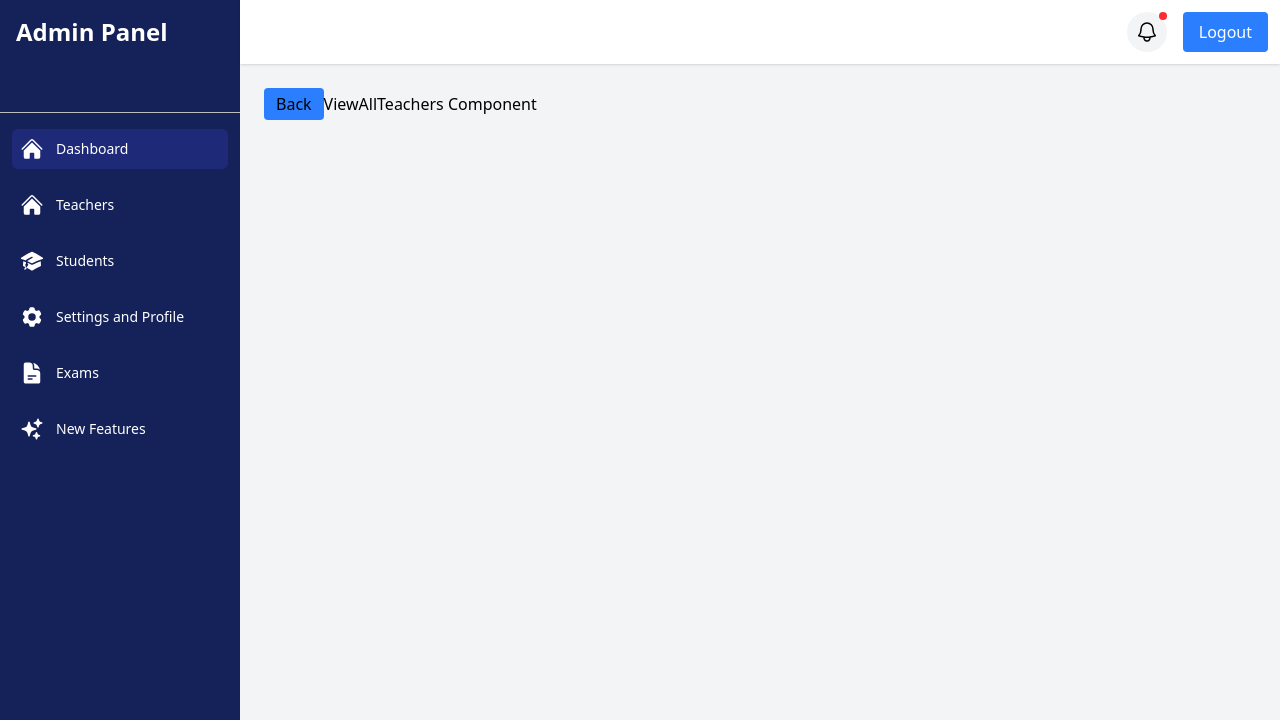
Repository: rahulhr71/AiExam
Page: /dashboard (app in admin/), after clicking the first element matching `div.rounded-lg`
An editor plug-in stored every save of this project. The page is shown before and after a run of saves, followed by the edit.
The browser window is 1280 px wide. The pictures show the whole page.
The page's requests for data from a server got no answer. The project was rebuilt for these pictures with package versions that can differ from the ones it lists, and the page was loaded fresh each time. No one was signed in, and anything a server would have sent is missing. Also part of the build but not shown: admin/vite.config.js, admin/src/pages/Login.jsx, admin/src/components/AddTeachers.jsx.

Above is the page before, as saved 2025-08-07 10:39:20.

After the next 2 saves:
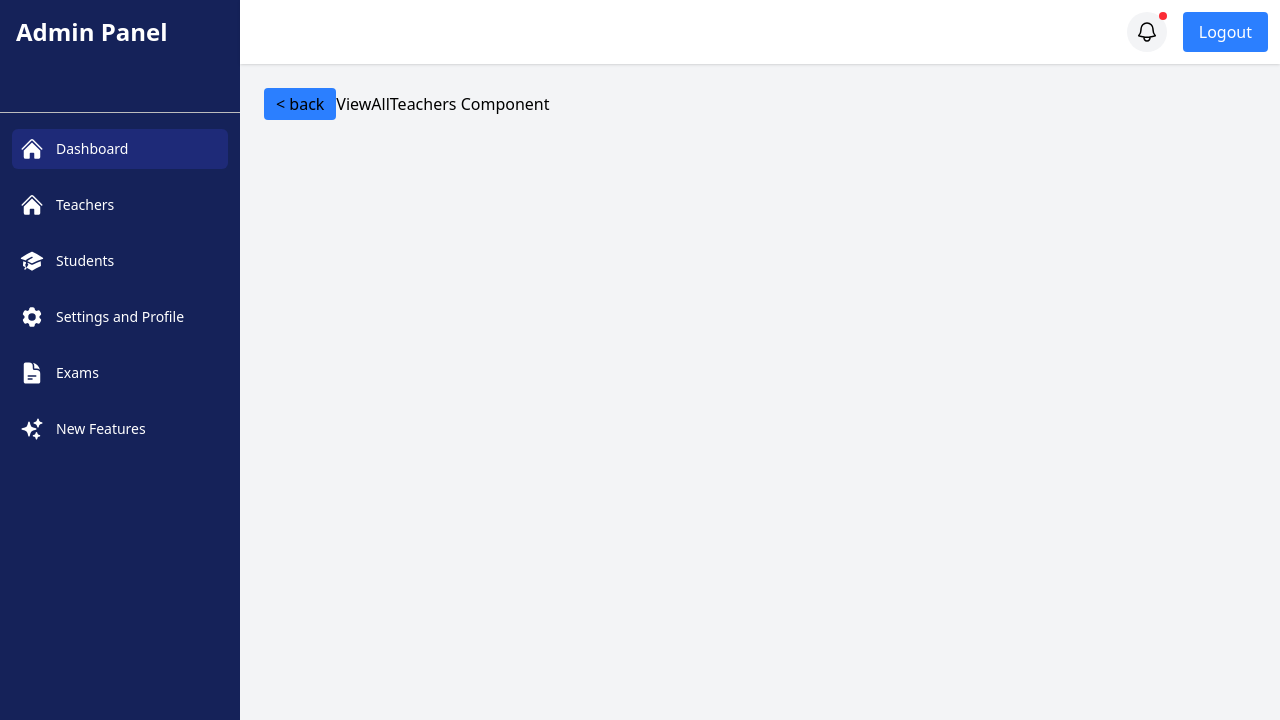
The 2 saves are shown as one change because 1 did not build or start.
The last was saved 64 s later.
--- a/admin/src/pages/Dashboard.jsx
+++ b/admin/src/pages/Dashboard.jsx
@@ -43,7 +43,7 @@ const Dashboard = () => {
       case 'addClass':
         return <div>AddClass Component</div>;
       case 'viewTeachers':
-        return <div> <button onClick={()=>setActiveComponent('')} className='bg-blue-500 px-3 py-1 rounded-sm'>Back</button>ViewAllTeachers Component</div>;
+        return <div> <button onClick={()=>setActiveComponent('')} className='bg-blue-500 px-3 py-1 rounded-sm'>{`< back`}</button>ViewAllTeachers Component</div>;
       case 'viewStudents':
         return <div>ViewAllStudents Component</div>;
       case 'viewClasses':
